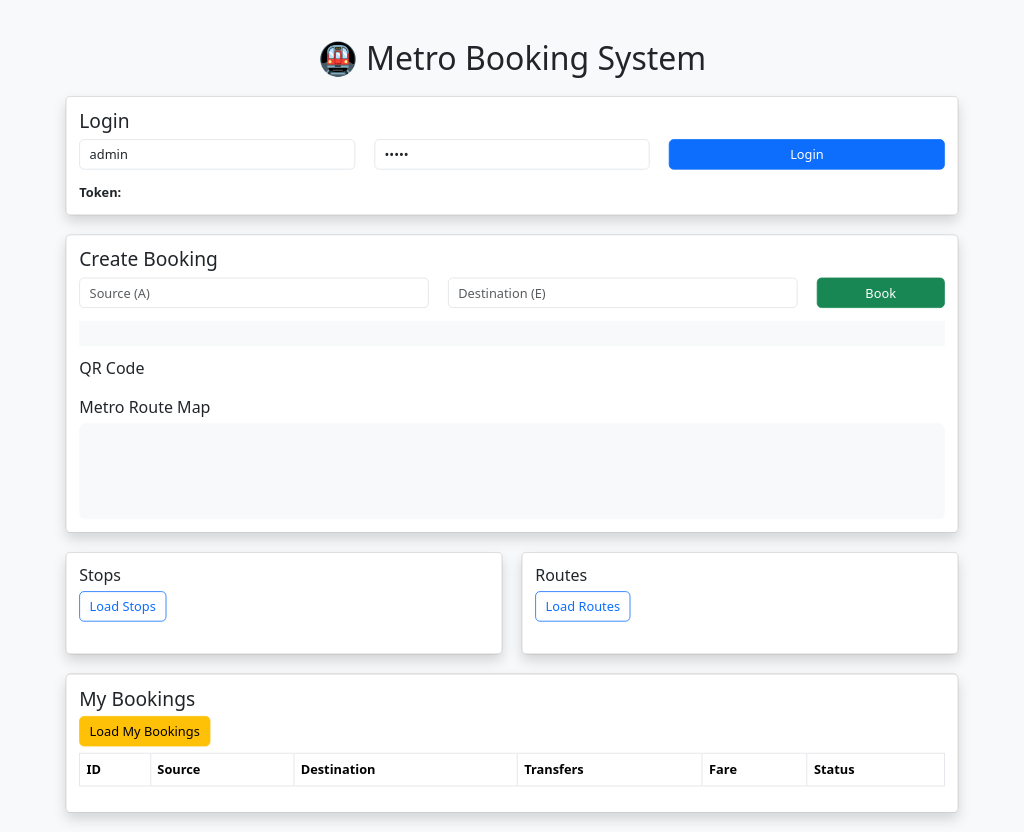
Repository: aksah72/Metro-Booking-System
Page: MetroBookingService/ui/index.html
These files come from the project's save history. The page is drawn as it stood at one moment and after a run of saves; the edit follows.
The browser window is 1280 px wide. The pictures show the whole page, at 80% of full size.

Above is the page before, as saved 2026-02-21 19:13:37.

### MetroBookingService/ui/index.html
<!DOCTYPE html>
<html>
<head>
    <title>Metro Booking System</title>

    <link href="https://cdn.jsdelivr.net/npm/bootstrap@5.3.2/dist/css/bootstrap.min.css" rel="stylesheet">
    <script src="https://cdnjs.cloudflare.com/ajax/libs/qrcodejs/1.0.0/qrcode.min.js"></script>
    <script src="https://cdn.jsdelivr.net/npm/chart.js"></script>
    <style>
        .badge {
            transition: 0.3s ease;
        }
    </style>
</head>

<body class="bg-light">

<div class="container mt-5">

    <h1 class="text-center mb-4">🚇 Metro Booking System</h1>

    <!-- LOGIN -->
    <div class="card shadow mb-4">
        <div class="card-body">
            <h4>Login</h4>

            <div class="row">
                <div class="col-md-4">
                    <input type="text" id="username" class="form-control" value="admin">
                </div>
                <div class="col-md-4">
                    <input type="password" id="password" class="form-control" value="admin">
                </div>
                <div class="col-md-4">
                    <button class="btn btn-primary w-100" onclick="login()">Login</button>
                </div>
            </div>

            <div class="mt-3">
                <strong>Token:</strong>
                <span id="tokenDisplay" class="text-success"></span>
            </div>
        </div>
    </div>

    <!-- BOOKING -->
    <div class="card shadow mb-4">
        <div class="card-body">
            <h4>Create Booking</h4>

            <div class="row">
                <div class="col-md-5">
                    <input type="text" id="source" class="form-control" placeholder="Source (A)">
                </div>
                <div class="col-md-5">
                    <input type="text" id="destination" class="form-control" placeholder="Destination (E)">
                </div>
                <div class="col-md-2">
                    <button class="btn btn-success w-100" onclick="createBooking()">Book</button>
                </div>
            </div>

            <div id="bookingAlert" class="mt-3"></div>
            <pre id="bookingResult" class="bg-light p-3 mt-3"></pre>

            <div class="mt-3">
                <h5>QR Code</h5>
                <div id="qrContainer"></div>
            </div>

            <div class="mt-4">
                <h5>Metro Route Map</h5>
                <div id="metroMap"
                     style="min-height:120px; padding:15px; background:#f8f9fa; border-radius:8px;">
                </div>
            </div>
        </div>
    </div>

    <!-- STOPS & ROUTES -->
    <div class="row">
        <div class="col-md-6">
            <div class="card shadow mb-4">
                <div class="card-body">
                    <h5>Stops</h5>
                    <button class="btn btn-outline-primary mb-2" onclick="getStops()">Load Stops</button>
                    <pre id="stopsResult"></pre>
                </div>
            </div>
        </div>

        <div class="col-md-6">
            <div class="card shadow mb-4">
                <div class="card-body">
                    <h5>Routes</h5>
                    <button class="btn btn-outline-primary mb-2" onclick="getRoutes()">Load Routes</button>
                    <pre id="routesResult"></pre>
                </div>
            </div>
        </div>
    </div>

    <!-- BOOKING HISTORY -->
    <div class="card shadow mb-4">
        <div class="card-body">
            <h4>My Bookings</h4>
            <button class="btn btn-warning mb-2" onclick="getBookings()">Load My Bookings</button>

            <table class="table table-bordered">
                <thead>
                <tr>
                    <th>ID</th>
                    <th>Source</th>
                    <th>Destination</th>
                    <th>Transfers</th>
                    <th>Fare</th>
                    <th>Status</th>
                </tr>
                </thead>
                <tbody id="bookingTable"></tbody>
            </table>
        </div>
    </div>

</div>

<script>

let authToken = "";

// LOGIN
async function login() {

    const username = document.getElementById("username").value;
    const password = document.getElementById("password").value;

    const response = await fetch("http://localhost:8080/login", {
        method: "POST",
        headers: {"Content-Type": "application/json"},
        body: JSON.stringify({ username, password })
    });

    const data = await response.json();

    if (data.token) {
        authToken = data.token;
        document.getElementById("tokenDisplay").innerText = authToken;
    } else {
        alert("Login Failed");
    }
}

// CREATE BOOKING
async function createBooking() {

    const source = document.getElementById("source").value;
    const destination = document.getElementById("destination").value;

    const response = await fetch("http://localhost:8080/booking", {
        method: "POST",
        headers: {
            "Content-Type": "application/json",
            "Authorization": authToken
        },
        body: JSON.stringify({ source, destination })
    });

    const data = await response.json();

    const alertBox = document.getElementById("bookingAlert");
    const qrDiv = document.getElementById("qrContainer");
    qrDiv.innerHTML = "";

    if (data.error) {
        alertBox.innerHTML =
            `<div class="alert alert-danger">${data.error}</div>`;
        return;
    }

    alertBox.innerHTML =
    `
    <div class="alert alert-success">
        Booking Created! ID: ${data.bookingId}<br>
        Status: ${data.status}<br>
        Fare: ₹ ${data.fare}
        <br><br>
        <button class="btn btn-warning"
        onclick="makePayment('${data.bookingId}')">
        Pay Now
        </button>
    </div>
    `;

    document.getElementById("bookingResult").innerText =
        JSON.stringify(data, null, 2);

    new QRCode(qrDiv, {
        text: data.qr,
        width: 150,
        height: 150
    });

    renderMetroMap(data.route);
}

// PAYMENT
async function makePayment(bookingId) {

    const response = await fetch(
        "http://localhost:8080/pay",
        {
            method: "POST",
            headers: {
                "Content-Type": "application/json",
                "Authorization": authToken
            },
            body: JSON.stringify({ bookingId })
        }
    );

    const data = await response.json();

    if (data.error) {
        alert(data.error);
        return;
    }

    alert("Payment Successful! Ticket Confirmed 🎉");
    getBookings();
}

// BOOKING HISTORY
async function getBookings() {

    const response = await fetch("http://localhost:8080/bookings", {
        headers: {
            "Authorization": authToken
        }
    });

    const data = await response.json();
    const table = document.getElementById("bookingTable");
    table.innerHTML = "";

    if (data.error) {
        alert(data.error);
        return;
    }

    data.forEach(b => {

        const statusBadge =
            b.status === "CONFIRMED"
            ? `<span class="badge bg-success">CONFIRMED</span>`
            : `<span class="badge bg-warning text-dark">PENDING</span>`;

        const row = `
            <tr>
                <td>${b.bookingId}</td>
                <td>${b.source}</td>
                <td>${b.destination}</td>
                <td>${b.transfers}</td>
                <td>₹ ${b.fare}</td>
                <td>${statusBadge}</td>
            </tr>
        `;

        table.innerHTML += row;
    });
}

// STOPS
async function getStops() {
    const response = await fetch("http://localhost:8080/stops");
    const data = await response.json();
    document.getElementById("stopsResult").innerText =
        JSON.stringify(data, null, 2);
}

// ROUTES
async function getRoutes() {
    const response = await fetch("http://localhost:8080/routes");
    const data = await response.json();
    document.getElementById("routesResult").innerText =
        JSON.stringify(data, null, 2);
}

// METRO MAP
function renderMetroMap(path) {

    const map = document.getElementById("metroMap");
    map.innerHTML = "";

    path.forEach((station, index) => {

        const stop = document.createElement("div");
        stop.style.display = "inline-block";
        stop.style.marginRight = "40px";
        stop.style.textAlign = "center";

        stop.innerHTML = `
            <div style="
                width:20px;
                height:20px;
                background:#007bff;
                border-radius:50%;
                margin:auto;
            "></div>
            <small>${station}</small>
        `;

        map.appendChild(stop);

        if (index !== path.length - 1) {
            const line = document.createElement("span");
            line.style.display = "inline-block";
            line.style.width = "40px";
            line.style.height = "4px";
            line.style.background = "#007bff";
            line.style.verticalAlign = "middle";
            map.appendChild(line);
        }
    });
}

</script>

</body>
</html>

After the next 2 saves:
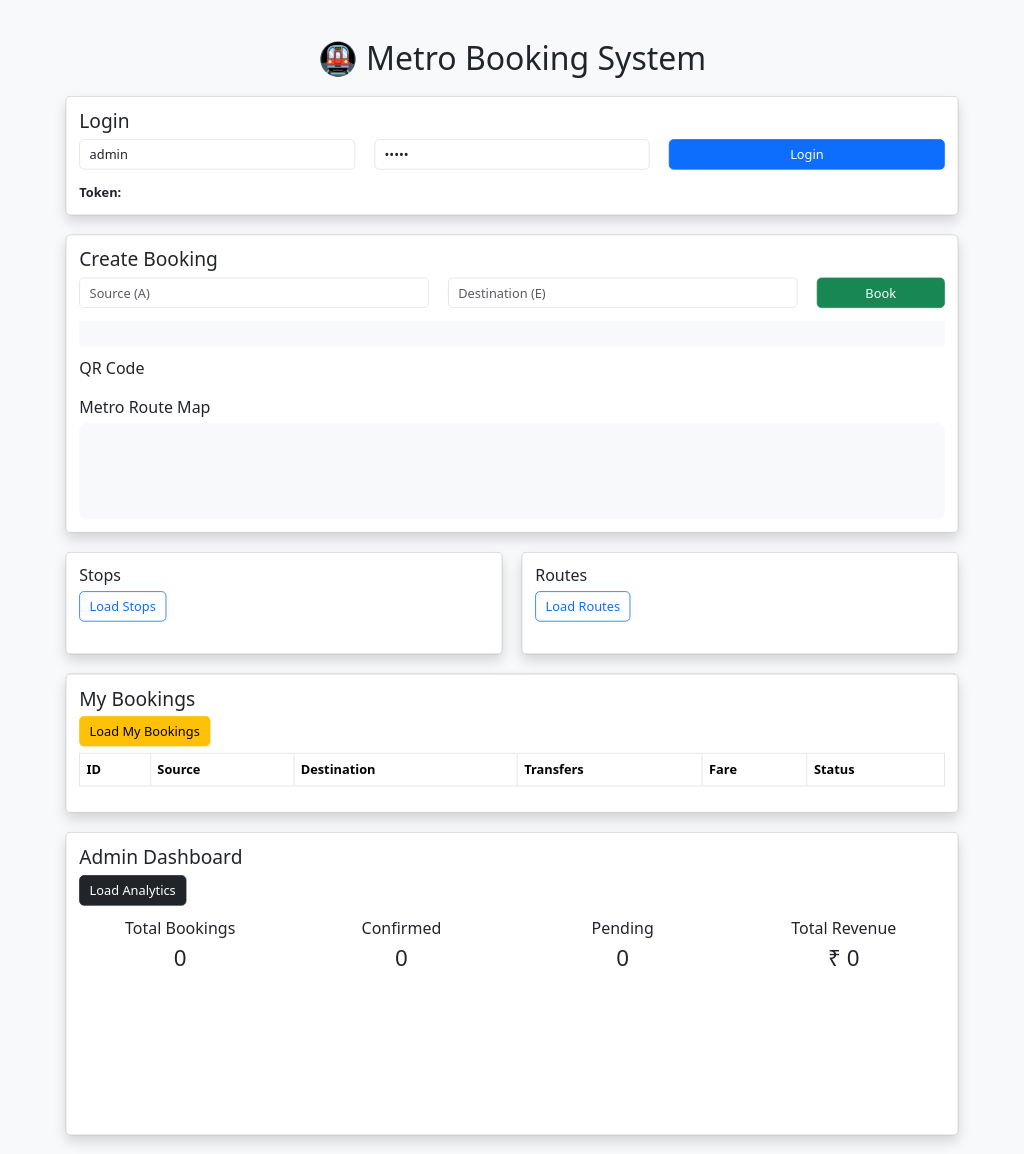
The 2 saves are shown as one change because they came seconds apart.
The last was saved 37 s later.
--- a/MetroBookingService/ui/index.html
+++ b/MetroBookingService/ui/index.html
@@ -122,6 +122,36 @@
         </div>
     </div>
 
+    <div class="card shadow mb-4">
+        <div class="card-body">
+            <h4>Admin Dashboard</h4>
+            <button class="btn btn-dark mb-3" onclick="loadAnalytics()">
+                Load Analytics
+            </button>
+
+            <div class="row text-center mb-4">
+                <div class="col-md-3">
+                    <h5>Total Bookings</h5>
+                    <h3 id="totalBookings">0</h3>
+                </div>
+                <div class="col-md-3">
+                    <h5>Confirmed</h5>
+                    <h3 id="confirmedCount">0</h3>
+                </div>
+                <div class="col-md-3">
+                    <h5>Pending</h5>
+                    <h3 id="pendingCount">0</h3>
+                </div>
+                <div class="col-md-3">
+                    <h5>Total Revenue</h5>
+                    <h3>₹ <span id="totalRevenue">0</span></h3>
+                </div>
+            </div>
+
+            <canvas id="analyticsChart"></canvas>
+        </div>
+    </div>
+
 </div>
 
 <script>
